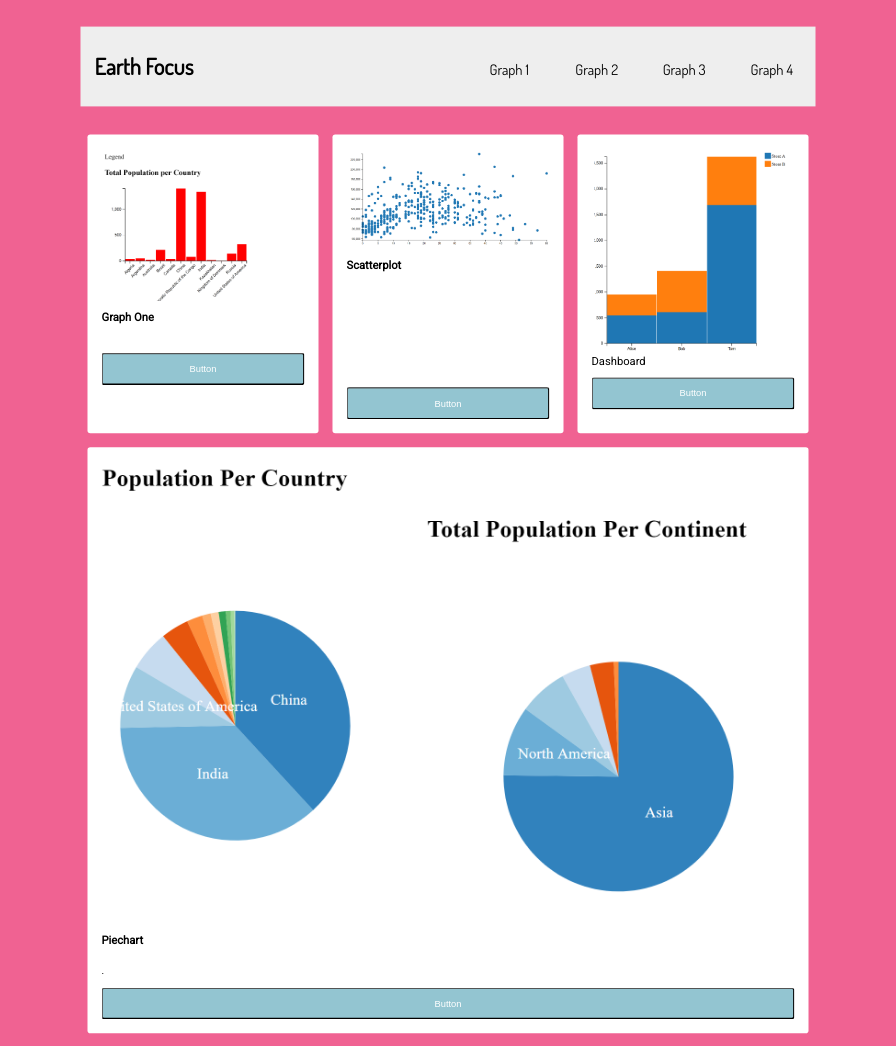
Repository: Code-Institute-Submissions/SOliv1-milestone2_NovResub
Page: index.html
The author's editor kept a record of every edit. The page is drawn from the files as they stood at one moment, then again after the next edit.
The browser window is 1280 px wide. The pictures show the part of the page from y = 0 to 1920 px (the page is 1494 px tall before and 4234 px after), at 70% of full size.
Some web libraries are served in a nearby version.

Above is the page before.

After the next edit:
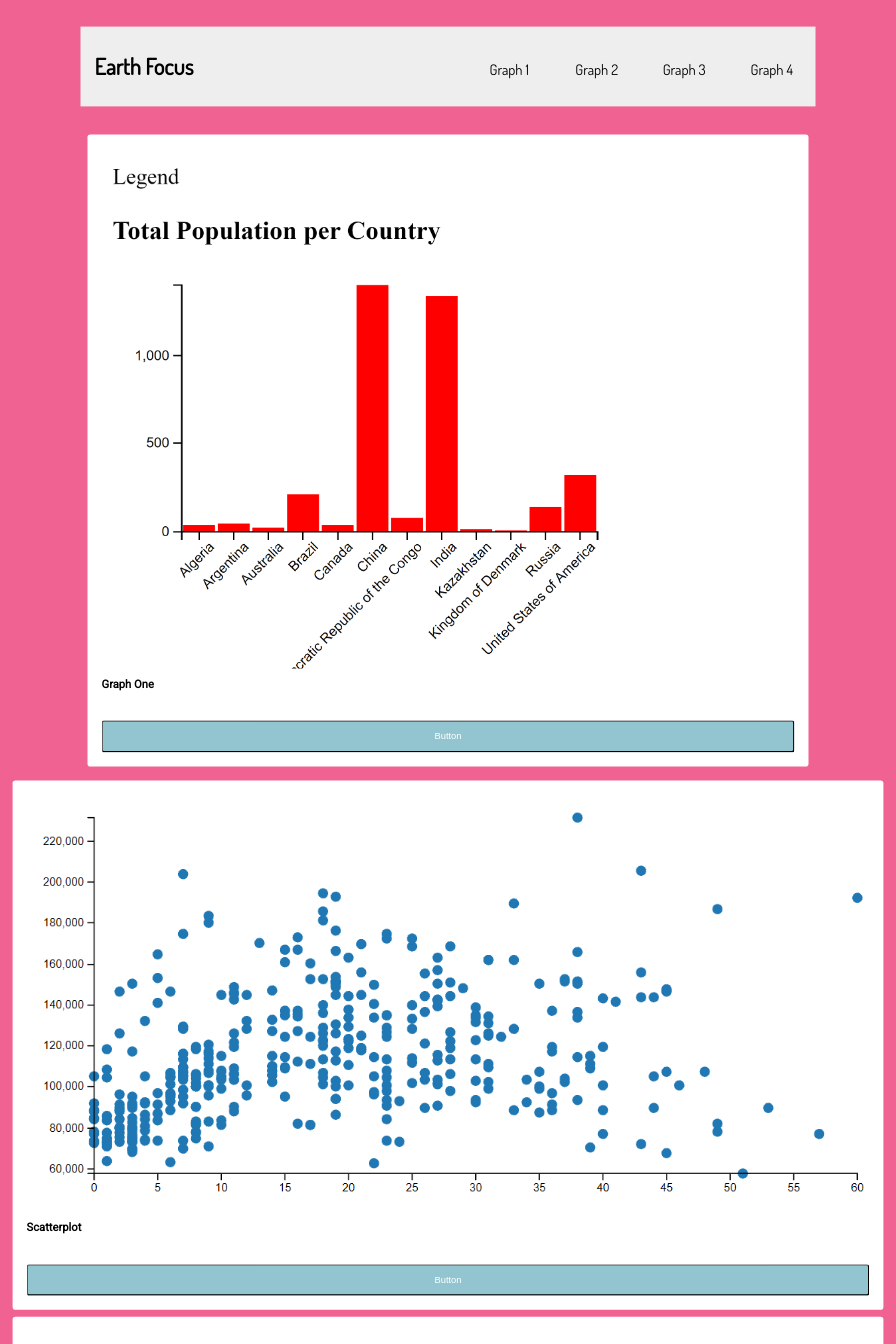
The edit:
--- a/index.html
+++ b/index.html
@@ -22,7 +22,6 @@
         </nav>
         <div class="card graph1">
             <img class="card_image" src="img/1.png" alt=" icon"graph>
-            <div class="card_bottom">
                 <h2 class="card_head">Graph One</h2>
                 <p class="card_para"> </p>
                 <button class="bottom_button" id="button_effects1 href="index.html>Button</button>

After the edit that followed:
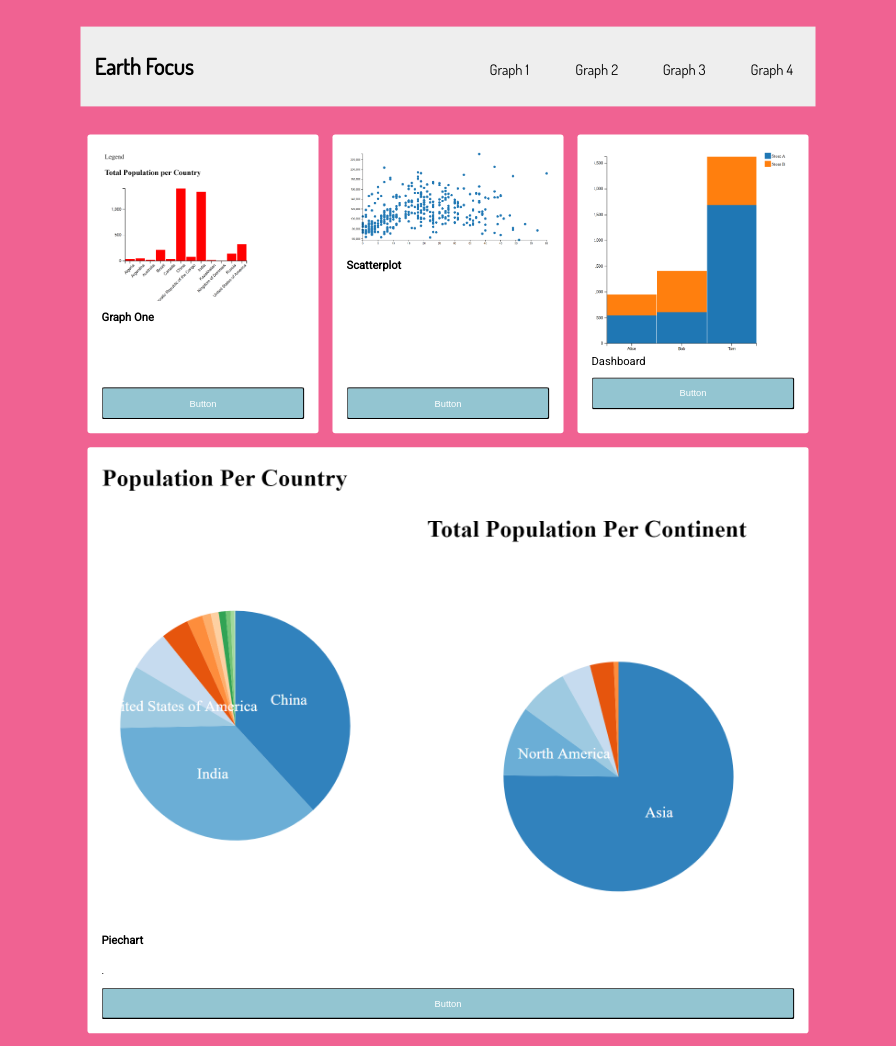
The edit:
--- a/index.html
+++ b/index.html
@@ -24,8 +24,7 @@
             <img class="card_image" src="img/1.png" alt=" icon"graph>
                 <h2 class="card_head">Graph One</h2>
                 <p class="card_para"> </p>
-                <button class="bottom_button" id="button_effects1 href="index.html>Button</button>
-            </div>
+            <button class="bottom_button" id="button_effects1 href="index.html>Button</button>
         </div>
         <div class="card graph2_btn">
             <img class="card_image" src="img/2.png" alt="scatterplot icon">
